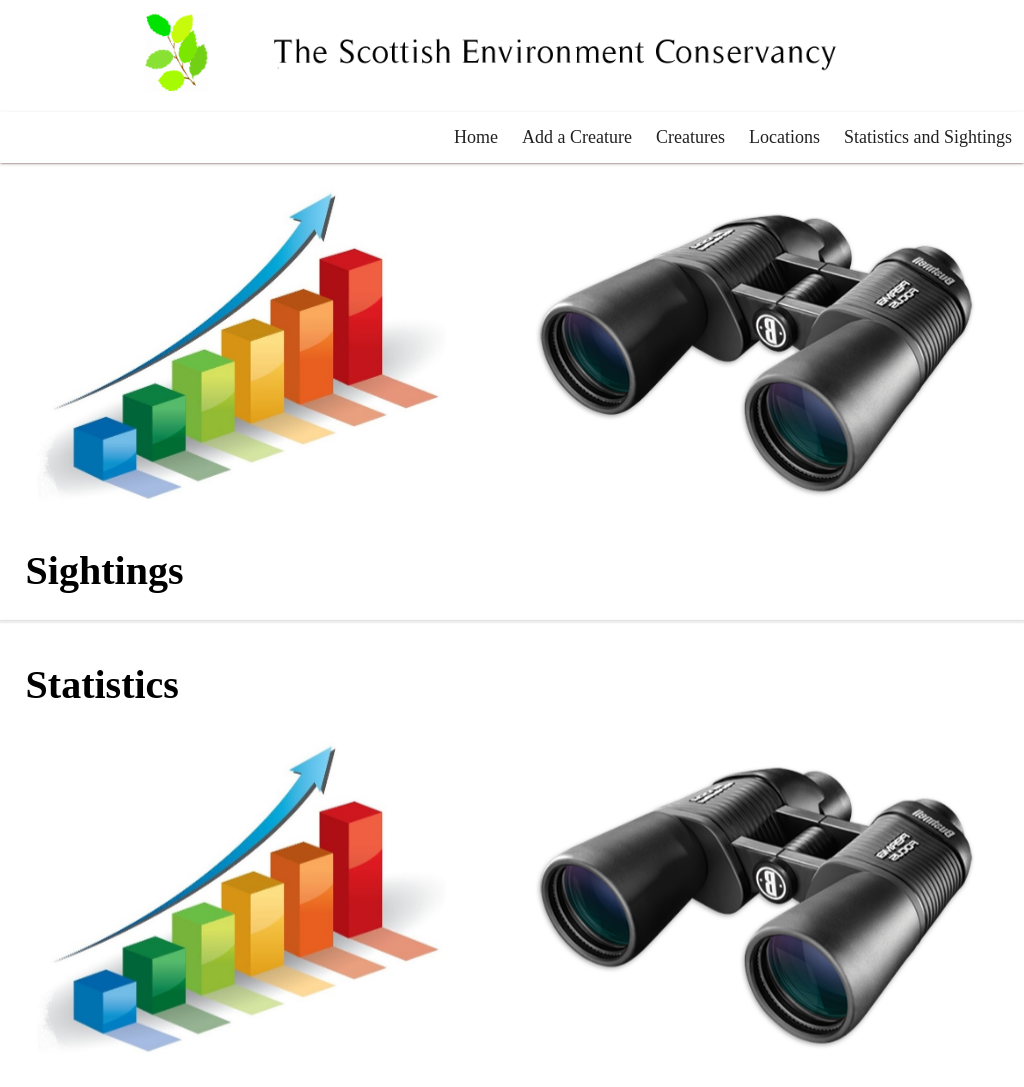
Repository: TaylorD1982/creature-sightings
Page: http://localhost/statistics
The author's editor kept a record of every edit. The page is drawn from the files as they stood at one moment, then again after the next edit.
The browser window is 1280 px wide. The pictures show the whole page, at 80% of full size.
Some web libraries are served in a nearby version. The page is served by the project's application, run on Flask 3 (app.py). Queries for data that is not in the repository find no rows.

Above is the page before.
Console error: TypeError: Cannot read properties of null (reading 'addEventListener')

After the next edit:
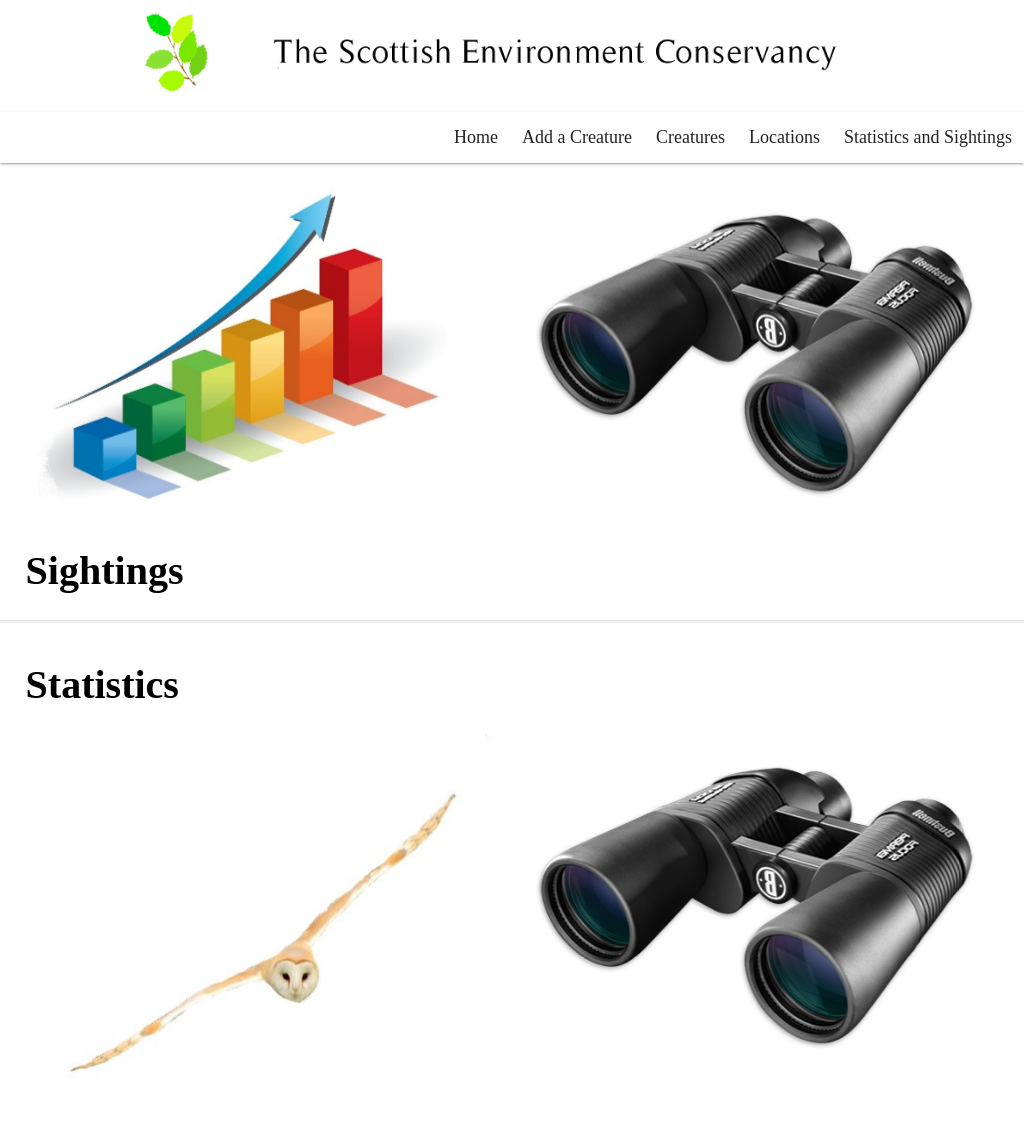
The edit:
--- a/templates/statistics.html
+++ b/templates/statistics.html
@@ -54,7 +54,7 @@
 <div class="row">
 
     <div class="col s12 m6 l6 container">
-            <img src="static/images/chart.jpg" width="100%" class="image">
+            <img src="static/images/barn.jpg" width="100%" class="image">
     </div>
 
     <div class="col s12 m6 l6 container">
